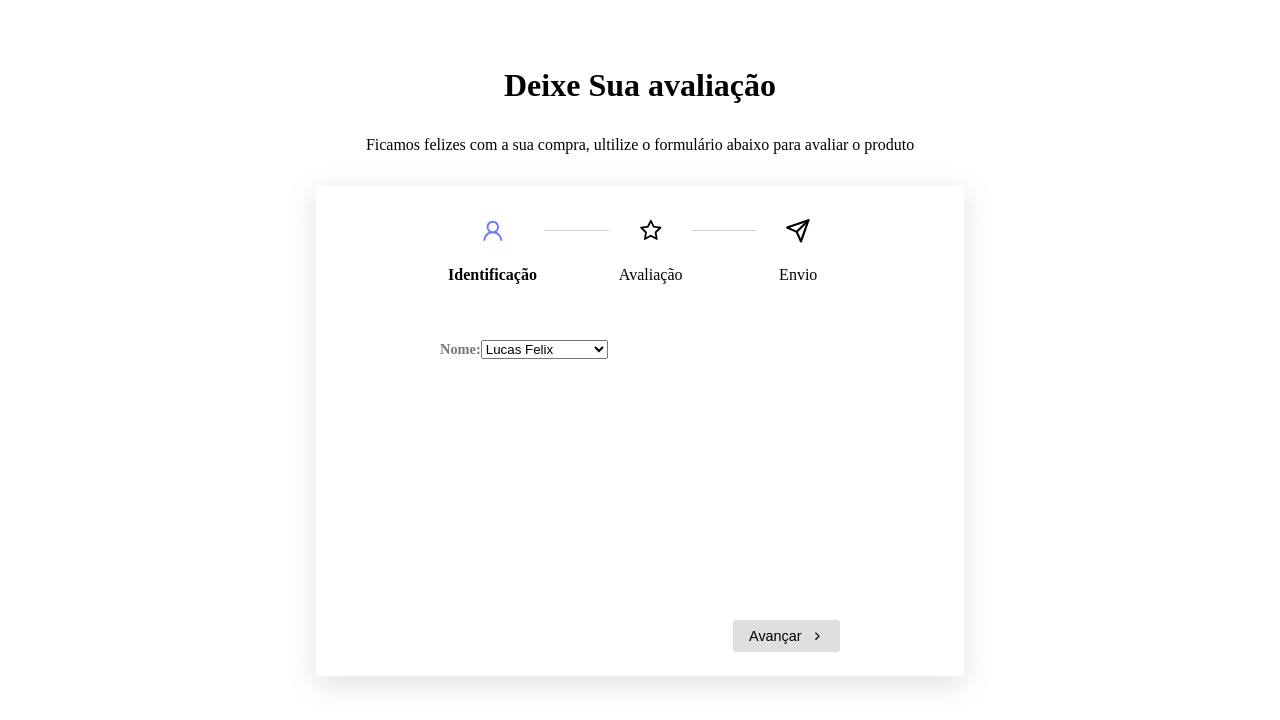
Repository: pheonix5/formulario_stap
Page: /
An editor plug-in stored every save of this project. The page is shown before and after the next save, followed by the edit.
The browser window is 1280 px wide. The pictures show the whole page.
The project was rebuilt for these pictures with package versions that can differ from the ones it lists, and the page was loaded fresh each time. Also part of the build but not shown: vite.config.js, src/components/ReviewForm.css, src/components/ReviewForm.tsx, src/components/Thanks.css, src/components/Thanks.tsx.

Above is the page before, as saved 2023-05-24 21:21:29.

### index.html
<!DOCTYPE html>
<html lang="en">
  <head>
    <meta charset="UTF-8" />
    <link rel="icon" type="image/svg+xml" href="/vite.svg" />
    <meta name="viewport" content="width=device-width, initial-scale=1.0" />
    <title>Multistep com React</title>
    <link rel="preconnect" href="https://fonts.googleapis.com">
    <link rel="preconnect" href="https://fonts.gstatic.com" crossorigin>
    <link href="https://fonts.googleapis.com/css2?family=Barlow:ital,wght@0,100;0,200;0,300;0,400;0,500;0,600;0,700;0,800;0,900;1,100;1,200;1,300;1,400;1,500;1,600;1,700;1,800;1,900&display=swap" rel="stylesheet">
  </head>
  <body>
    <div id="root"></div>
    <script type="module" src="/src/main.jsx"></script>
  </body>
</html>

### src/main.jsx
import React from 'react'
import ReactDOM from 'react-dom/client'
import { router } from './App'

import { RouterProvider } from 'react-router-dom'

ReactDOM.createRoot(document.getElementById('root')).render(
  <React.StrictMode>
    <RouterProvider router={router}/>
  </React.StrictMode>,
)

### src/App.jsx

import { createBrowserRouter } from 'react-router-dom'

import Formulario from './pages/Formulario'

const router = createBrowserRouter([
  {
    path: '/',
    element: <Formulario/>
  }
])

export { router };

### src/pages/Formulario/index.tsx
/* eslint-disable react/jsx-key */
/* eslint-disable no-unused-vars */
// Components
import React, { useState } from 'react';

import {GrFormNext, GrFormPrevious} from 'react-icons/gr';
import { FiSend } from 'react-icons/fi';
import UserForm from '../../components/UserForm';
import ReviewForm from '../../components/ReviewForm';
import Thanks from '../../components/Thanks';
import Steps from '../../components/Steps';

// Hooks
import { useForm } from '../../hooks/useForm'
import './style.css'

const formTemplate ={
  name: "",
  email: "",
  review: "",
  comment: "",
}


export default function Formulario() {
  const [data, setData] = useState(formTemplate);

  const updateFieldHandler = (key, value) => {
    setData((prev) => {
      return {...prev, [key]: value};
    })
  }

  const formComponents = [
    <UserForm data={data} updateFieldHandler={updateFieldHandler}/>,
    <ReviewForm data={data} updateFieldHandler/>,
    <Thanks data={data}/>
  ];

  const { currentStep, currentComponent, changeStep, isLastStep, isFirstStep } = useForm(formComponents);

  return (
   <div className='app'>

    <div className="header">
      <h2>Deixe Sua avaliação</h2>
      <p>Ficamos felizes com a sua compra, ultilize o formulário abaixo para avaliar o produto</p>
    </div>

    <div className="form-container">
      <Steps currentStep={currentStep}/>
      <form onSubmit={(e) => changeStep(currentStep + 1, e)}>
        <div className="inputs-container">{currentComponent}</div>
        <div className="actions">

          {!isFirstStep && (
            <button type='button' onClick={() => changeStep(currentStep -1 )}>
              <GrFormPrevious/>
              <span>Voltar</span>
          </button>
          )}

          {!isLastStep ? (
            <button type='submit'>
              <span>Avançar</span>
              <GrFormNext/>
            </button>
          ) : (
            <button type='button'>
            <span>Enviar</span>
            <FiSend/>
          </button>
          )}

        </div>
      </form>
    </div>

   </div>
  )
}

### src/components/UserForm.tsx
import React from "react";
import './Userform.css'

const UserForm = ({ data, updateFieldHandler }) =>{
  return (
    <div>
      <div className="select">
        <label htmlFor="">Nome:</label>
        {/* <input
          type="text"
          name="text"
          id="name"
          placeholder="Digite o seu nome"
          required
          value={data.name || ""}
          onChange={(e) => updateFieldHandler('name', e.target.value)}
        /> */}

        <select
          name="text"
          id="name"
        >

          <option  value={data.name || "Lucas"}>Lucas Felix</option>
          <option  value={data.name || "Camila"}>Camila Vitoria</option>
          <option  value={data.name || "Amanda"}>Amanda Caroline</option>
          <option  value={data.name || "Ronara"}>Ronara Fernanda</option>
        </select>
      </div>

    </div>
  )
}

export default UserForm;

### src/components/Steps.jsx
import { AiOutlineUser, AiOutlineStar } from 'react-icons/ai';
import { FiSend } from 'react-icons/fi'

import React from "react"
import './Steps.css'

const Steps = ({ currentStep }) =>{
  return (
    <div className="steps">
      <div className="step active">
        <AiOutlineUser/>
        <p>Identificação</p>
      </div>
      <div className={`step ${currentStep >= 1 ? "active" : ""}`}>
        <AiOutlineStar/>
        <p>Avaliação</p>
      </div>
      <div className={`step ${currentStep >= 2 ? "active" : ""}`}>
        <FiSend/>
        <p>Envio</p>
      </div>
    </div>
  )
}

export default Steps;

### src/hooks/useForm.jsx
/* eslint-disable no-unused-vars */
import { useState } from "react";

export function useForm(steps){
  const [currentStep, setCurrentStep] = useState(0)

  function changeStep(i, e){
    if(e) e.preventDefault();

    if(i < 0 || i >= steps.length) return;

    setCurrentStep(i)
  }

  return{
    currentStep,
    currentComponent: steps[currentStep],
    changeStep,
    isLastStep: currentStep +1 === steps.length ? true : false,
    isFirstStep: currentStep === 0 ? true : false,
  }
}

### src/pages/Formulario/style.css
.app{
  padding: 2rem;
}

/* Cabeçalho*/
.header{
  text-align: center;
  margin-bottom: 2rem;
}

.header h2{
  font-size: 2rem;
  margin-bottom: 2rem;
}

/* Forms  */
.form-container{
  max-width: 600px;
  margin: 0 auto;
  background-color: #FFF;
  padding: 1.5rem;
  box-shadow: rgba(100, 100, 111, 0.2) 0px 7px 29px 0px;
}

.form-container form{
  max-width: 400px;
  margin: 0 auto;
}

.inputs-container{
  min-height: 280px;
}

.form-control {
  display: flex;
  flex-direction: column;
  gap: 0.6rem;
  margin-bottom: 2rem;
}

label{
  font-weight: bold;
  color: #777;
  font-size: 0.9rem;
}

input,
textarea{
  padding: .6rem;
  border: none;
  border-radius: 3px;
  box-shadow: rgba(99, 99, 99, 0.2) 0px 2px 8px 0;
}

textarea{
  height: 120px;
}

/* Actions */
.actions{
  display: flex;
  justify-content: flex-end;
  gap: 1rem;
}

.actions button{
  font-size: .9rem;
  padding: .5rem 1rem;
  display: flex;
  gap: 0.5rem;
  align-items: center;
  border-radius: 3px;
  background-color: #DFDFDF;
  cursor: pointer;
  border: none;
  transition: 0.3s;
}

.actions button:hover{
  background-color: #CFCFCF;
}

### src/components/Steps.css
.steps{
  display: flex;
  gap: 4rem;
  justify-content: center;
  align-items: center;
  max-width: 400px;
  margin: 0 auto;
  position: relative;
  margin-bottom: 2rem;
}

.steps::after{
  content: "";
  width: 380px;
  border-bottom: 1px solid #ccc;
  position: absolute;
  top: 20px
}

.step{
  text-align: center;
  background-color: #FFF;
  z-index: 1;
  width: 120px;
  padding: 0.5rem;
}

.step svg{
  font-size: 1.6rem;
  margin-bottom: .2rem;
}

.active{
  font-weight: bold;
}

.active svg{
  fill: #7076f4;
}

### src/components/UserForm.css
.form-control {
  position: relative;
  overflow: hidden;
  background: #eee;
  color: #333;
}

.form-control select{
  width: 100%;
  height: 100%;
  margin: 0;
  padding: 0;
  border: none;
  outline: none;
  background: transparent;
  appearance: none;
}

.form-control::after{
  content: "";
  position: absolute;
  right: 10px;
  top: 50%;
  transform: translateY(-50%);
  width: 0;
  height: 0;
  border-left: 5px solid transparent;
  border-right: 5px solid transparent;
  border-top: 5px solid #333;
}

After the next save:
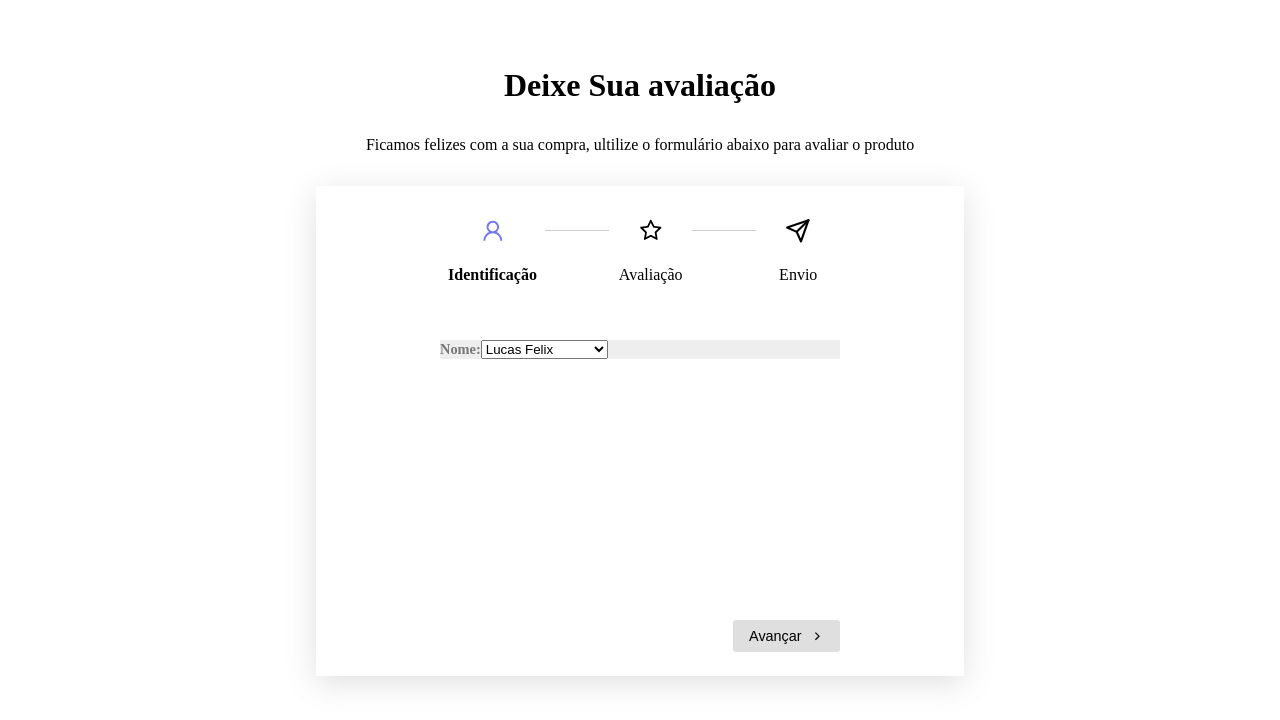
Saved 12 s later.
--- a/src/components/UserForm.css
+++ b/src/components/UserForm.css
@@ -1,4 +1,4 @@
-.form-control {
+.select {
   position: relative;
   overflow: hidden;
   background: #eee;
